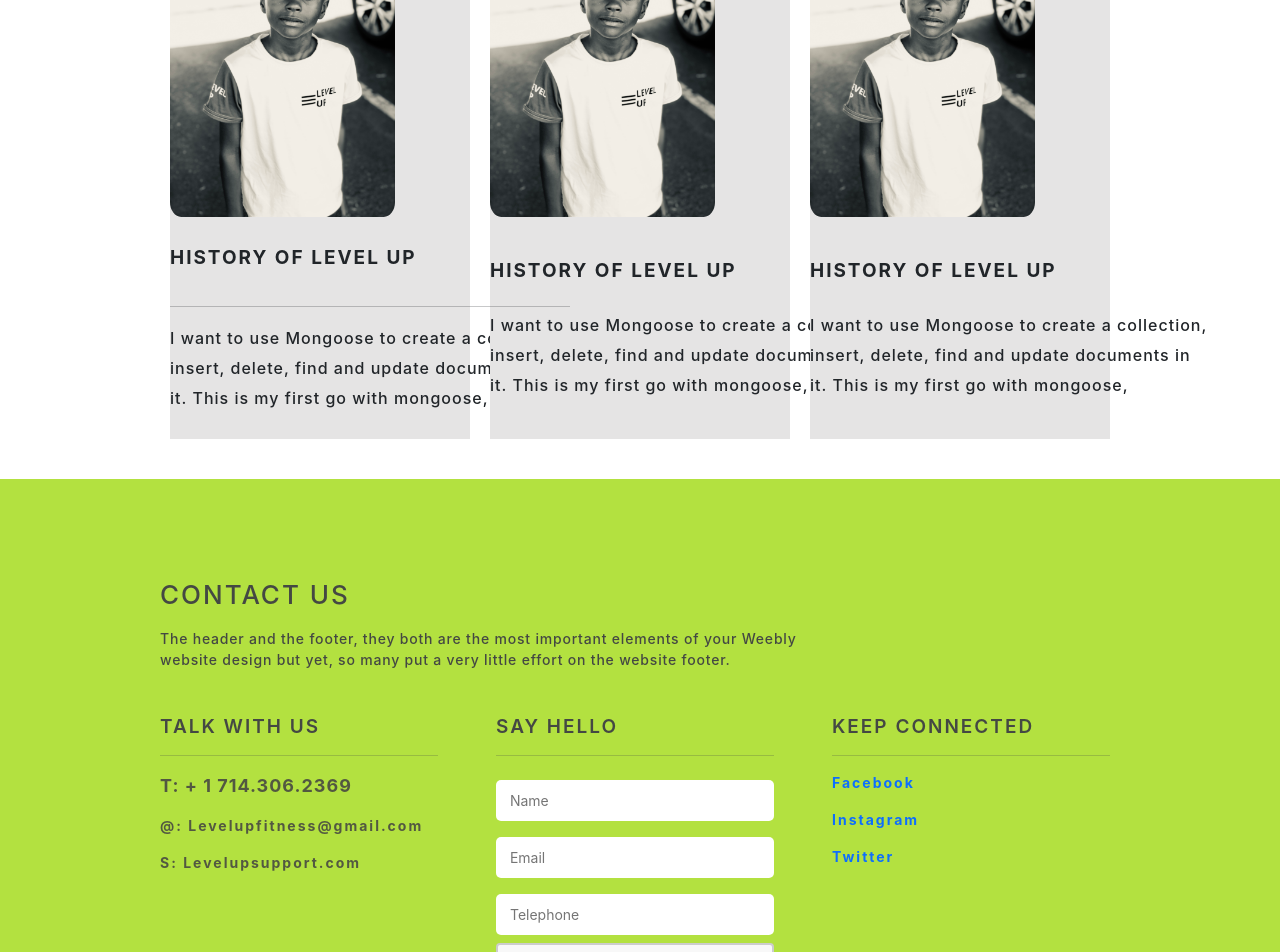
Repository: Bojurie/Level-up
Page: /about (app in client/)
These files come from the project's save history. The page is drawn as it stood at one moment and after the next save; the edit follows.
The browser window is 1280 px wide. The pictures show the part of the page from y = 533 to 1485 px (the page is 1769 px tall before and 1799 px after).
Some web fonts or font styles are not loaded; a fallback is used. Some web libraries are served in a nearby version. The project was rebuilt for these pictures with package versions that can differ from the ones it lists, and the page was loaded fresh each time. Also part of the build but not shown: client/src/components/Carousel.js, client/src/components/HomeVlog.css, client/src/components/HomeVlog.js, client/src/components/homeProducts.css, client/src/components/HomeProducts.js, client/src/components/Card.js, client/src/components/HomeShop.css, client/src/components/HomeShop.js and 10 more. Imported but missing from the stored project, and not drawn on this page: client/src/components/Chart.

Above is the page before, as saved 2022-11-30 16:20:46.

### client/public/index.html
<!DOCTYPE html>
<html lang="en">
  <head>
    <meta charset="utf-8" />
    <link rel="icon" href="%PUBLIC_URL%/favicon.ico" />
    <meta name="viewport" content="width=device-width, initial-scale=1" />
    <meta name="theme-color" content="#000000" />
    <meta
      name="description"
      content="Web site created using create-react-app"
    />
    <link rel="apple-touch-icon" href="%PUBLIC_URL%/logo192.png" />
    <link rel="manifest" href="%PUBLIC_URL%/manifest.json" />

    <link rel="preconnect" href="https://fonts.googleapis.com" />
    <link rel="preconnect" href="https://fonts.gstatic.com" crossorigin />
    <link
      href="https://fonts.googleapis.com/css2?family=Asap+Condensed:ital,wght@0,400;0,500;1,400&family=Chivo:wght@300;400&family=Jura:wght@300;400;500;600;700&family=Lato:ital,wght@0,400;0,700;1,400&family=Nunito+Sans:wght@400;600&family=Oswald:wght@300;500;700&family=Playball&family=Roboto:ital,wght@0,400;0,500;1,500&family=Wallpoet&display=swap"
      rel="stylesheet"
    />

    <link
      rel="stylesheet"
      href="https://cdn.jsdelivr.net/npm/bootstrap@5.1.3/dist/css/bootstrap.min.css"
      integrity="sha384-1BmE4kWBq78iYhFldvKuhfTAU6auU8tT94WrHftjDbrCEXSU1oBoqyl2QvZ6jIW3"
      crossorigin="anonymous"
    />
    <script
      src="https://kit.fontawesome.com/5ffdb52964.js"
      crossorigin="anonymous"
    ></script>
    <title>React App</title>
    <script
      src="https://kit.fontawesome.com/5ffdb52964.js"
      crossorigin="anonymous"
    ></script>
  </head>
  <body>
    <noscript>You need to enable JavaScript to run this app.</noscript>
    <div id="root"></div>
    <!--
      This HTML file is a template.
      If you open it directly in the browser, you will see an empty page.

      You can add webfonts, meta tags, or analytics to this file.
      The build step will place the bundled scripts into the <body> tag.

      To begin the development, run `npm start` or `yarn start`.
      To create a production bundle, use `npm run build` or `yarn build`.
    -->
  </body>
</html>

### client/src/App.js
import React from 'react';
// import { BrowserRouter as Router, Route, Routes } from 'react-router-dom';
import { BrowserRouter as Router, Route, Routes} from 'react-router-dom'


import Home from './pages/Home';
import About from './pages/About';
import Shop from './pages/Shop';
import Contact from './pages/Contact';
import Navbar from './components/Navbar';
import Footer from './components/Footer';
import LogIn from './pages/LogIn';
import Register from './pages/Register';
import Chart from './components/Chart';
import Vlog from './pages/Vlog';

import {DataProvider} from './components/Context'


function App() {

  return (
        <Router>
          <DataProvider>
          <Navbar />
          <Routes>
              <Route path='/' element={<Home />} />
              <Route path='/about' element={<About />} />
              <Route path='/contact' element={<Contact />} />
              <Route path='/shop' element={<Shop />} />
              <Route path='/vlog' element={<Vlog />} />
              <Route path='/login' element={<LogIn/>} />
              <Route path='/register' element={<Register />} />
              <Route path='/chart' element={<Chart/>} />
          </Routes>
          <Footer />
          </DataProvider>
        </Router>
  );
}

export default App;

### client/src/pages/About.js
import React from 'react';
import './About.css';

import DarkImage from '../images/IMG_5367.jpg'
import { FormTitle } from '../components/FormTitle';
const imgse = DarkImage;

const About = () => {

  return (
    <div className='about'>
    <FormTitle className="sign-in-form__title" />
      <div className=''>
          <div className='aboutContainer'>
            <h1> Who Are We </h1>
            <div className='aboutContent'>
              <div className='aboutParagraph'>
                <div className='AboutUs-content'>
                    <div className='AboutHistory'>
                        <div className='history-img'>
                            <img src={imgse} alt='img'/>
                        </div>
                        <div className='history-content'>
                          <h1>History of Level Up</h1><hr/>
                          <p>I want to use Mongoose to create a collection, insert, delete, find and update documents in it. This is my first go with mongoose,</p>
                        </div>
                    </div>
                    <div className='AboutGoal'>
                        <div className='history-img'>
                            <img src={imgse} alt='img'/>
                        </div>
                        <div className='history-content'>
                          <h1>History of Level Up</h1>
                          <p>I want to use Mongoose to create a collection, insert, delete, find and update documents in it. This is my first go with mongoose,</p>
                        </div>
                    </div>
                    <div className='Aboutproduct'>
                        <div className='history-img'>
                            <img src={imgse} alt='img'/>
                        </div>
                        <div className='history-content'>
                          <h1>History of Level Up</h1>
                          <p>I want to use Mongoose to create a collection, insert, delete, find and update documents in it. This is my first go with mongoose,</p>
                        </div>
                    </div>

                </div>



              </div>
            </div>
          </div>
      </div>
    </div>
  );
}

export default About;

### client/src/components/Navbar.js
import React from 'react';
import { Link } from 'react-router-dom';

import './Navbar.css'
import Logo from '../images/Logo.png'



const Navbar = () => {
  return (
    <nav className='navbar'>
      <div className='navbar-wrapper'>
        <Link to='/' className='logo'>
            <img src={Logo} alt='logo' />
        </Link>
        <ul className='navbar-links'>
            <Link to='/' >Home </Link>
            <Link to='/shop'> Shop</Link>
            <Link to='/Vlog'> V-Log</Link>
            <Link to='/about'> About</Link>
            <Link to='/contact'> Contact</Link>
            <Link to='/login'> Login </Link>
            <Link to='/register'>SignUp</Link>
            <Link to='/chart'><i class="fa-solid fa-cart-shopping"></i></Link>

        </ul>
      </div>

    </nav>
  );
}

export default Navbar;

### client/src/components/Footer.js
import React from 'react';
import { Link } from 'react-router-dom';
  import { FontAwesomeIcon } from '@fortawesome/react-fontawesome'
  import { instagram } from '@fortawesome/free-solid-svg-icons'

import './Footer.css';

const Footer = () => {
  return (
    <div className='footer'>
      <div className='footer-wrapper'>
        <div className='footer-header-wrapper'>
          <div className='footer-header'>
            <h1>Contact Us</h1>
          </div>
          <div className='footer-paragraph'>
            <p>The header and the footer, they both are the most important elements of your Weebly website design but yet, so many put a very little effort on the website footer.</p>
          </div>

        </div>
        <div className='footer-nav-content'>
            <div className='footer-navs-left'>
              <h3>Talk With Us</h3><hr/>
              <div className='footer-contact'>
                <div className='tel'>
                  <p>T: + 1 714.306.2369</p>
                </div>
                <div className='email'>
                  <p>@: Levelupfitness@gmail.com</p>
                </div>
                <div className='support'>
                  <p>S: Levelupsupport.com</p>
                </div>

              </div>

            </div>
            <div className='footer-navs-middle'>
                <h3>Say Hello</h3><hr/>
              <div className='footer-form'>

                  <form className='form'>
                    <input type='text' placeholder=' Name' />
                    <input type='text' placeholder=' Email' />
                    <input type='text' placeholder=' Telephone' />
                    <textarea placeholder='Message...' />
                  </form>
                  <div className='form-btn'>
                    <input type='submit' placeholder='' />
                  </div>

              </div>
            </div>
            <div className='footer-navs-right'>
              <h3>Keep Connected</h3><hr/>
              <div className='social-media'>
                <p><Link to='/'>Facebook</Link></p>
                <p><Link to='/'><FontAwesomeIcon icon="fa-brands fa-instagram" /> Instagram</Link></p>
                <p><Link to='/'>Twitter</Link></p>

              </div>

            </div>
        </div>


      </div>
    </div>
  );
}

export default Footer;

### client/src/components/Context.js
import React,{Component} from 'react';
export const DataContext = React.createContext();

export class DataProvider extends Component {
  constructor(props) {
    super(props)

    this.state = {
       products: [
         {
          "_id": "1",
          "title": "Level-Up Sweat Pant",
          "src": "https://images.unsplash.com/photo-1618354691373-d851c5c3a990?ixlib=rb-1.2.1&ixid=MnwxMjA3fDB8MHxwaG90by1wYWdlfHx8fGVufDB8fHx8&auto=format&fit=crop&w=658&q=80",
          "description": "Classic fit for running and outdoor activities.",
          "price": 39,
          "colors": ["red", "blue", "black"],
          "count": 2,
         },
         {
          "_id": "2",
          "title": "Kids Level-Up SweatPant",
          "src": "https://images.unsplash.com/flagged/photo-1555895312-bbc472c964f3?ixlib=rb-1.2.1&ixid=MnwxMjA3fDB8MHxwaG90by1wYWdlfHx8fGVufDB8fHx8&auto=format&fit=crop&w=388&q=80",
          "description": "Kids track sweatsuit for running or leisure activities",
          "price": 20,
          "colors": ["red", "blue", "black"],
          "count": 2,
         },
         {
          "_id": "3",
          "title": "Level Up Tank Top",
          "src": "https://images.unsplash.com/photo-1618354691373-d851c5c3a990?ixlib=rb-1.2.1&ixid=MnwxMjA3fDB8MHxwaG90by1wYWdlfHx8fGVufDB8fHx8&auto=format&fit=crop&w=658&q=80",
          "description": "description",
          "price": 20,
          "colors": ["red", "blue", "black"],
          "count": 2,
         },
         {
          "_id": "4",
          "title": "Level Up T-Shirt",
          "src": "https://images.unsplash.com/photo-1618354691373-d851c5c3a990?ixlib=rb-1.2.1&ixid=MnwxMjA3fDB8MHxwaG90by1wYWdlfHx8fGVufDB8fHx8&auto=format&fit=crop&w=658&q=80",
          "description": "description",
          "price": 20,
          "colors": ["red", "blue", "black"],
          "count": 2,
         },
         {
          "_id": "5",
          "title": "Level Up Sweater",
          "src": "https://images.unsplash.com/photo-1618354691373-d851c5c3a990?ixlib=rb-1.2.1&ixid=MnwxMjA3fDB8MHxwaG90by1wYWdlfHx8fGVufDB8fHx8&auto=format&fit=crop&w=658&q=80",
          "description": "description",
          "price": 20,
          "colors": ["red", "blue", "black"],
          "count": 2,
         },
         {
          "_id": "6",
          "title": "Level Up Embroidery Shirt",
          "src": "https://images.unsplash.com/photo-1618354691373-d851c5c3a990?ixlib=rb-1.2.1&ixid=MnwxMjA3fDB8MHxwaG90by1wYWdlfHx8fGVufDB8fHx8&auto=format&fit=crop&w=658&q=80",
          "description": "description",
          "price": 20,
          "colors": ["red", "blue", "black"],
          "count": 2,
         },
       ]
    }
  }

  render(){
    const {products} = this.state;
    return(
      <DataContext.Provider value={{products}}>
        {this.props.children}
      </DataContext.Provider>
    )
  }
}
export default DataProvider;

### client/src/pages/About.css
.aboutContainer h1 {
  padding: 20px 0;
  text-transform: uppercase;
  font-weight: bold;
  letter-spacing: 2px;
}

.aboutContainer {
  padding: 40px 160px;
}

.aboutParagraph p {
  letter-spacing: 1px;
  line-height: 30px;
  font-weight: 500;
}

.aboutParagraph img {
  border-radius: 5%;
  float: left;
  margin: 0 30px 0 0;
}

.AboutUs-content {
  display: flex;
}

.AboutHistory,
.AboutGoal,
.Aboutproduct {
  display: grid;
    margin: 0 auto;
    width: 300px;
    background-color: rgb(229, 228, 228);
}

.history-img {
  width: 400px;
  height: 300px;
}

.history-content {
  padding: 10px 0;
}
.history-content h1{
  font-size: 19px;
}

### client/src/components/FormTitle.js
import React from "react";
import './FormTitle.css';

export function FormTitle(props) {
  const { className, text } = props;
  return <h1 className={`${className} form-title`}>{text}</h1>;
}

### client/src/components/Navbar.css
.logo img {
  width: 250px;
}

.navbar {
  padding-top: 0;
  display: contents;
}

.navbar-wrapper {
  display: flex;
  /* justify-content: center; */
  align-items: center;
  height: 90px;
  background: #b3e140;
  padding: 0 50px;
  justify-content: space-between;
}

.navbar-links {
  margin-bottom: 0;
}

.navbar-links a {
  font-size: 14px;
  letter-spacing: 2px;
  font-weight: 700;
  text-transform: capitalize;
  margin: 0 10px;
  color: rgb(68, 72, 67);

}

a {
  list-style: none;
  text-decoration: none;
}

### client/src/components/Footer.css
.footer {
  background-color: #b3e140;
      font-size: 14px;
    letter-spacing: 2px;
    font-weight: 700;

    color: rgb(68, 72, 67);
}
.footer-header h1 {
 font-size: 26px;
 text-transform: uppercase;
 letter-spacing: 2px;
}

.footer-navs {
  text-decoration: none;
  list-style-type: none;

}
.footer-navs li{
  padding: 10px 0;
  letter-spacing: 1px;
  text-transform: uppercase;
  font-weight: 600;

}
.footer-wrapper {
  padding: 100px 160px;
}

.footer-contact {



}
.footer-nav-content p {
 color: #424141db;
}
.footer-contact > .tel p{
    font-size: 18px;
    letter-spacing: 1px;

}
.footer-contact > .email p{
    font-size: 14px;
    /* letter-spacing: 2px; */
}
.footer-contact > .support p{
    font-size: 14px;
    letter-spacing: 2px;
}
.footer-paragraph {
  width: 70%;
  letter-spacing: .8px;
  font-weight: 500;
  padding: 10px 0;
}
.footer-wrapper h3{
 text-transform: uppercase;
 letter-spacing: 2px;
 font-size: 19px;
 font-weight: 600;

}

.footer-nav-content {
  display: flex;
  justify-content: space-between;
}



.footer-navs-left,
.footer-navs-middle,
.footer-navs-right{

  padding: 20px 10px 0 0;
  border-radius: 10px;
}

.footer-form {
  background-color: none !important;
}

/* footer Left section */
.footer-navs-left {
  width: 30%;
}

/* footer Middle section */
.footer-navs-middle {
 width: 30%;
}

.form {
  display: grid;
}
.form input {
  padding: 10px ;
  margin: 8px 0;
  border-radius: 5px;
  border: none;
}
.form input:focus {
  border: none;
}

.form textarea {
   width: 100%;
  height: 150px;
  padding: 12px 20px;
  box-sizing: border-box;
  border: 2px solid #ccc;
  border-radius: 4px;
  background-color: #f8f8f8;
  font-size: 16px;
  resize: none;
}
.form input:active {

  border: 1px solid rgb(241, 234, 234);

}
.form-btn {

}
.form-btn input {
     padding: 5px 25px;
    margin: 5px 0;
    border-radius: 4px;
    background-color: #999999;
    border: 1px solid  #b3e140;
    color: #b3e140;
    letter-spacing: 1.1px;
    font-weight: 600;
    text-transform: uppercase;
}

.footer-navs-right {
  width: 30%;
}

### client/src/components/Carousel.css
 .d-block {
   width: 100%;
   /* object-fit: cover; */
   /* object-position: 50% 50%; */
   /* background-size: contain;
   background-repeat: no-repeat; */
 }


 img {

   max-width: 100%;
   max-height: 100%;
   object-fit: cover;
   background-repeat: no-repeat;
 }

 .carousel-item img {
   width: 1000px;
   height: 500px;
 }

 .carousel-caption {
   top: 50%;
 }

 .carousel {
   object-fit: contain;
 }

### client/src/components/FormTitle.css
.form-title {
  font-size: 3rem;
  font-weight: 700;
  line-height: 2rem;
  margin: auto 0;
  color: white;
  background-image: url('https://images.unsplash.com/photo-1581397867105-8c988bd747e6?ixlib=rb-4.0.3&ixid=MnwxMjA3fDB8MHxwaG90by1wYWdlfHx8fGVufDB8fHx8&auto=format&fit=crop&w=1170&q=80') ;
    background-repeat: no-repeat;
  background-position: center;
  background-size: cover;
  padding: 7rem 0 7rem 10rem;
  letter-spacing: 5px;
  text-transform: uppercase;
  display: flex;
  justify-content: flex-start;

}
.form-title h1{


}


.shopForm-title {
 font-size: 3rem;
  font-weight: 700;
  line-height: 2rem;
  letter-spacing: 5px;
  text-transform: uppercase;
  display: flex;
  margin: auto 0;
   background-image: url('https://images.unsplash.com/photo-1581397867105-8c988bd747e6?ixlib=rb-4.0.3&ixid=MnwxMjA3fDB8MHxwaG90by1wYWdlfHx8fGVufDB8fHx8&auto=format&fit=crop&w=1170&q=80') ;
    background-repeat: no-repeat;
  background-position: center;
  background-size: cover;

  padding: 7rem 0 7rem 10rem;
  justify-content: flex-start;

}
.FormTitleLogin-title {
  font-size: 3rem;
  font-weight: 700;
  line-height: 2rem;
  padding: 6rem 0;
  letter-spacing: 5px;
  text-transform: uppercase;
  display: flex;
  justify-content: center;
  margin: auto 0;
   background-image: url('https://images.unsplash.com/photo-1609770231080-e321deccc34c?ixlib=rb-4.0.3&ixid=MnwxMjA3fDB8MHxwaG90by1wYWdlfHx8fGVufDB8fHx8&auto=format&fit=crop&w=765&q=80') ;
    background-repeat: no-repeat;
  background-position: center;
  background-size: cover;

}
.ContactForm-title {
 /* font-size: 3rem;
  font-weight: 700;
  line-height: 2rem;
  text-transform: uppercase; */
  display: flex;
  margin: auto 0;
   background-image: url('https://images.unsplash.com/photo-1587560699334-bea93391dcef?ixlib=rb-4.0.3&ixid=MnwxMjA3fDB8MHxwaG90by1wYWdlfHx8fGVufDB8fHx8&auto=format&fit=crop&w=1170&q=80') ;
    background-repeat: no-repeat;

 padding: 7rem 0 7rem 10rem;
  letter-spacing: 5px;
  justify-content: flex-start;

}
.RegisterForm-title {
  font-size: 3rem;
  font-weight: 700;
  line-height: 2rem;
  padding: 6rem 0;
  letter-spacing: 5px;
  text-transform: uppercase;
  display: flex;
  justify-content: center;
  margin: auto 0;
   background-image: url('https://images.unsplash.com/photo-1563906267088-b029e7101114?ixlib=rb-4.0.3&ixid=MnwxMjA3fDB8MHxwaG90by1wYWdlfHx8fGVufDB8fHx8&auto=format&fit=crop&w=1170&q=80') ;
    background-repeat: no-repeat;
  /* background-position: bottom; */
  /* background-size: cover; */
    /* background-attachment: */


}
.VlogForm_title h1{


}
.VlogForm_title {
  /* font-size: 3rem;
  font-weight: 700;
  line-height: 2rem; */
  padding: 7rem 0 7rem 10rem;
  letter-spacing: 5px;
  text-transform: uppercase;
  display: flex;
  justify-content: flex-start;
  margin: auto 0;
   background-image: url('https://images.unsplash.com/photo-1440778303588-435521a205bc?ixlib=rb-4.0.3&ixid=MnwxMjA3fDB8MHxwaG90by1wYWdlfHx8fGVufDB8fHx8&auto=format&fit=crop&w=1470&q=80') ;
    background-repeat: no-repeat;
  background-position: center;
  background-size: cover;

}

@media screen and (max-width: 414px) {
  .form-title {
    padding: 4rem 1rem;

  }

}

### client/src/components/auth/LoginForm.css
.loginForm-wrapper {
  text-align: center;
    justify-content: center;
    width: 600px;
    margin: auto;
    padding: 90px 0;

}
.login-header {
  text-transform: uppercase;
  letter-spacing: 2px;
  font-weight: 600;
}


form {
  display: grid;
}

.loginForm-header {
  font-size: 20px;
}

.loging
form input {
  margin: 5px 0;
  padding: 10px;
  border-radius: 10px;
  border: 1px solid white;
  background-color: rgba(243, 247, 255, 0.715) !important;
}
form input:focus{
  border: 2px solid green;
}
form > .loginBtn > input{
  padding: 8px;
  width: 100%;
  background-color:#999999!important;
  color: #ccf368;
  font-weight: 700;
  border: none;
  margin:5px 0 ;
  font-size: 20px;
  letter-spacing: 3px;
}

### client/src/components/auth/registerForm.css

.registerForm-wrapper {
  text-align: center;
    justify-content: center;
    width: 600px;
    margin: auto;
    padding: 90px 0;

}
.login-header {
  text-transform: uppercase;
  letter-spacing: 2px;
  font-weight: 600;
}


form {
  display: grid;
}

.loginForm-header {
  font-size: 20px;
}

.register
form input {
  margin: 5px 0;
  padding: 10px;
  border-radius: 10px;
  border: 1px solid white;

}
form input:focus{
  border: 2px solid green;
}
form > .loginBtn > input{
  padding: 8px;
  width: 100%;
  background-color: #b3e140 !;
  border: none;
  margin:5px 0 ;
}

Loaded but not shown: client/src/index.js (common file); client/src/index.css (common file)

After the next save:
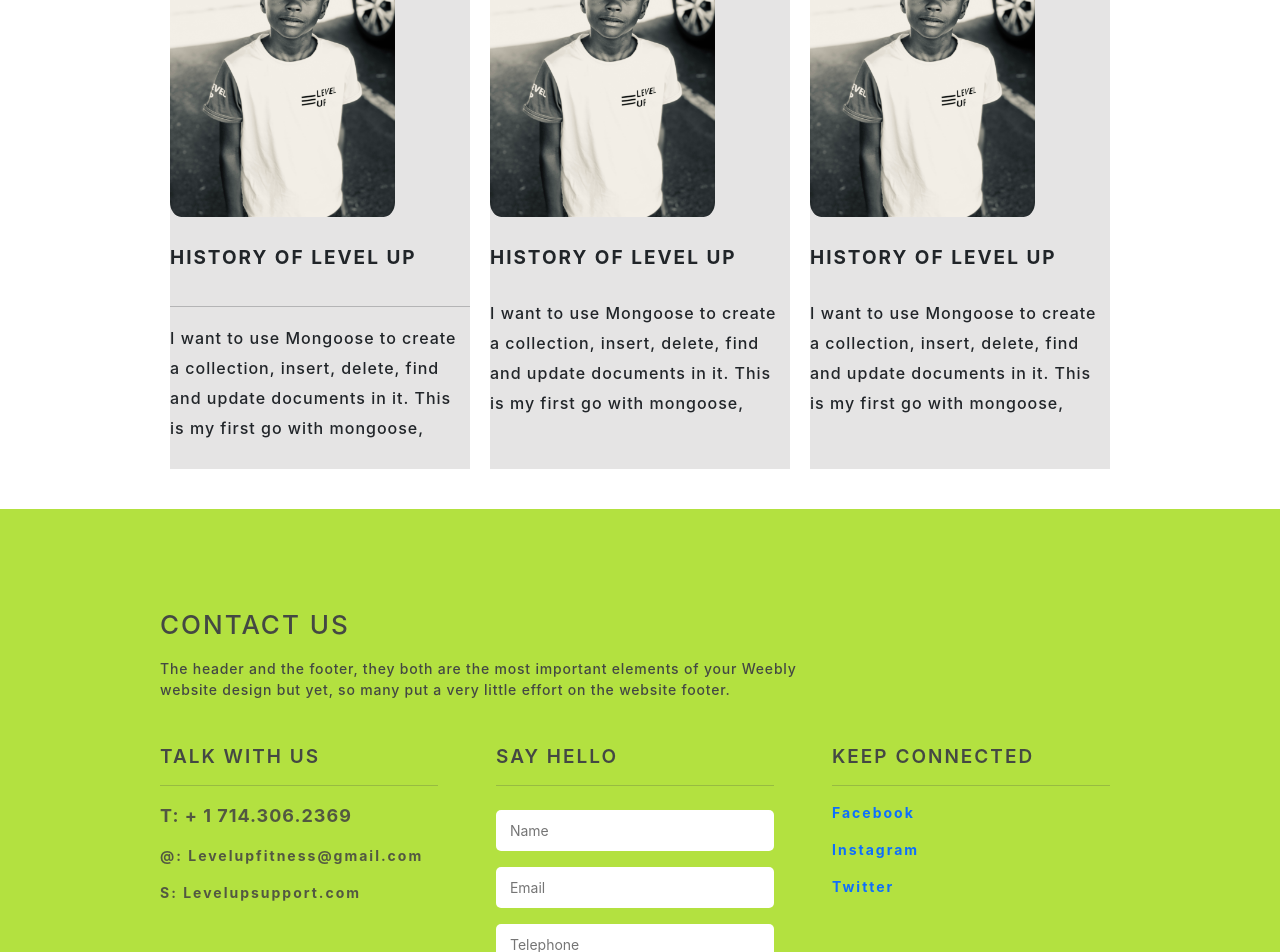
Saved 43 min 39 s later.
--- a/client/src/pages/About.css
+++ b/client/src/pages/About.css
@@ -28,7 +28,6 @@
 .AboutHistory,
 .AboutGoal,
 .Aboutproduct {
-  display: grid;
     margin: 0 auto;
     width: 300px;
     background-color: rgb(229, 228, 228);
